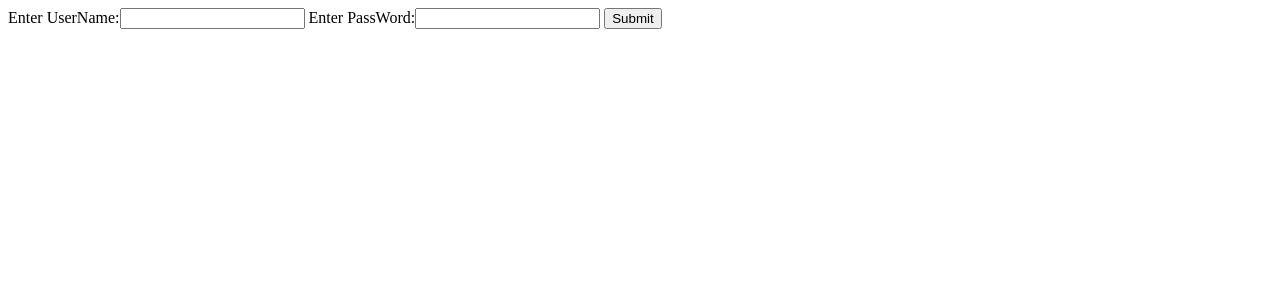
Repository: srikanthModugu/jdbc-servlet-jsp
Page: SutudentRegistration/WebContent/LoginPage.html
An editor plug-in stored every save of this project. The page is shown before and after the next save, followed by the edit.
The browser window is 1280 px wide. The pictures show the whole page.

Above is the page before, as saved 2017-10-02 11:03:08.

After the next save:
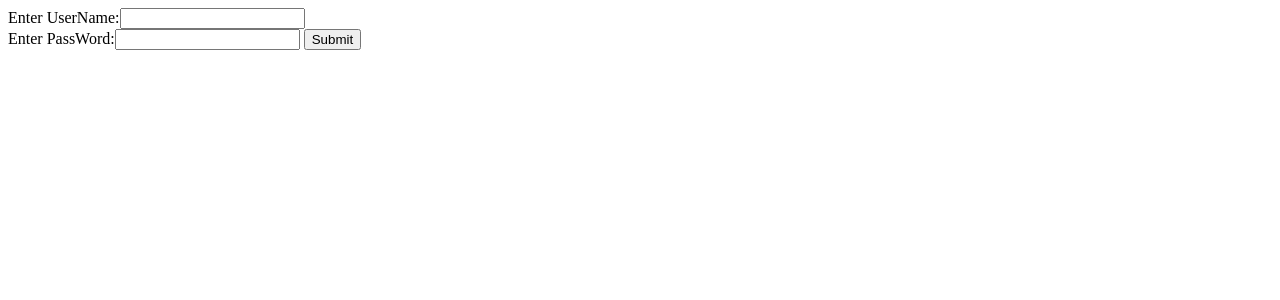
Saved 44 s later.
--- a/SutudentRegistration/WebContent/LoginPage.html
+++ b/SutudentRegistration/WebContent/LoginPage.html
@@ -6,7 +6,7 @@
 </head>
 <body>
 <form action="" method="get">
-Enter UserName:<input type="text" name="Uname"/>
+Enter UserName:<input type="text" name="Uname"/><br>
 Enter PassWord:<input type="text" name="passWord"/>
  <input type="submit"/>
 </form>
